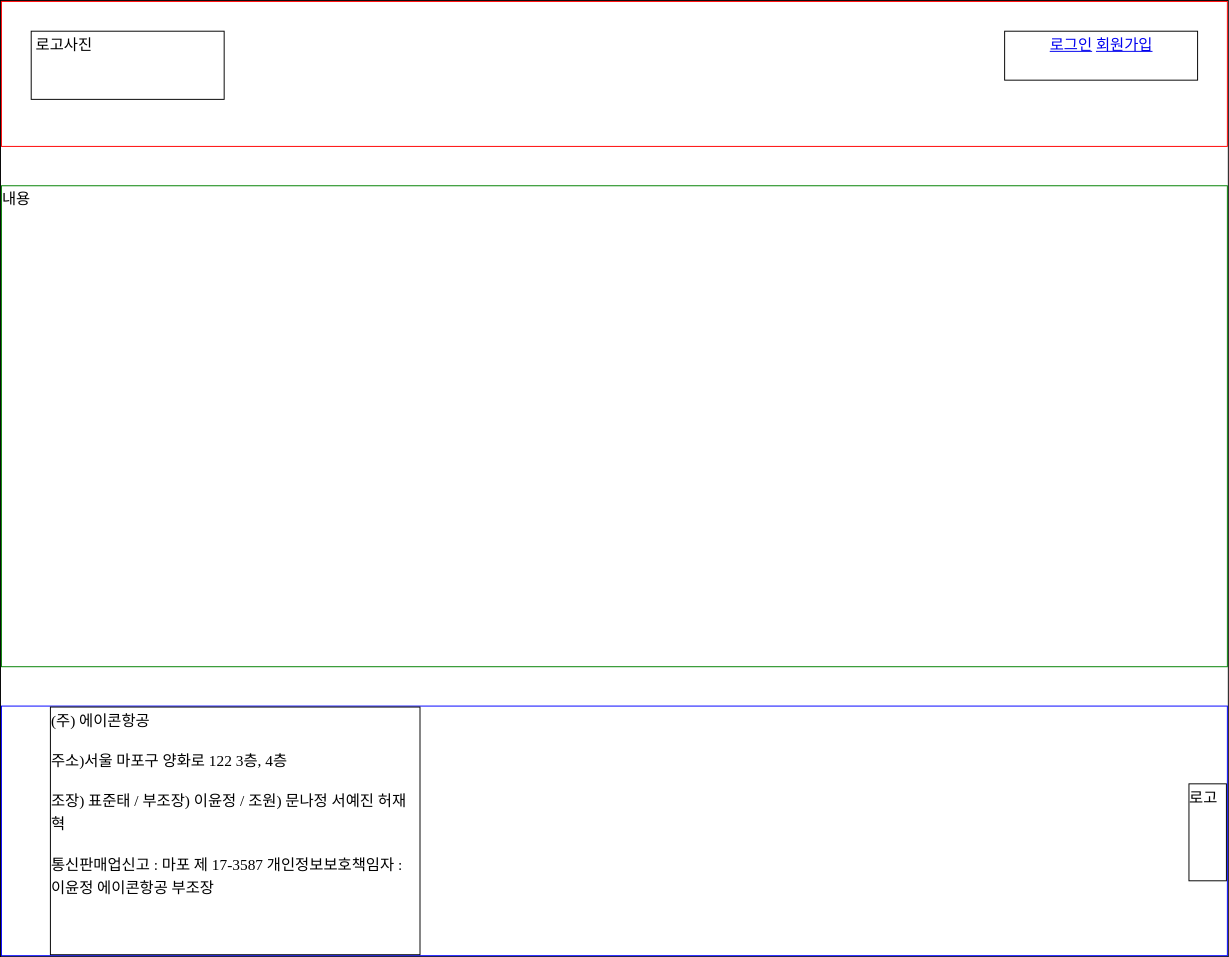
Repository: juntae710/Acorn_AirlineReservation_Project
Page: http://localhost/prj3_1/WEB-INF/views/h_index.jsp
The author's editor kept a copy of each file at every save. The page is drawn from the files as they stood at one save, then again after the next save.
The browser window is 1280 px wide. The pictures show the whole page, at 96% of full size.
The page is served by Tomcat 9. Nobody is signed in. Other server files are loaded and not shown. The template is opened directly, without the code that normally fills it, so the values that code supplies are empty.

Above is the page before, as saved 2023-09-20 01:18:00.

### Eclipse/prj3_1/src/main/webapp/WEB-INF/views/h_index.jsp
<%@ page language="java" contentType="text/html; charset=UTF-8" pageEncoding="UTF-8"%>
<!DOCTYPE html>
<html>
<head>
<meta charset="UTF-8">
<title>Insert title here</title>
<style>
* {
	margin: 0;
}

main {
	border: 1px solid black;
}

header {
	border: 1px solid red;
	height: 150px;
	display: flex;
	position: relative;
}

.headerimg {
	width: 200px;
	height: 70px;
	border: 1px solid black;
	position: absolute;
	left: 30px;
	top: 30px;
}

.headerAtag {
	width: 200px;
	height: 50px;
	border: 1px solid black;
	position: absolute;
	right: 30px;
	top: 30px;
	text-align: center;
}

section {
	border: 1px solid green;
	height: 500px;
	margin-top: 40px;
}

footer {
	border: 1px solid blue;
	height: 259px;
	margin-top: 40px;
	margin-bottom: 0px;
	display: flex;
}


.footer_info{
border: 1px solid black;
margin-left: 50px;
width: 1000px;


}
.footer_img{
border: 1px solid black;
width: 100px;
height: 100px;
margin-left: 800px;
margin-top: 80px;
}
</style>
</head>
<body>
	<main>
		<header>
			<div class="headerimg">
				<img src="" alt=""> 로고사진
			</div>

			<%
			String id = (String) session.getAttribute("id");
			%>

			<div class="headerAtag">
				<%
				if (id == null) {
				%>
				<a href="<%=request.getContextPath()%>/h_login">로그인</a>
				<%
				%>
				<a href="<%=request.getContextPath()%>/l_join">회원가입</a>
				<%
				} else {
				%>
				<p>아이디: <%=id%>님 </p>
				<a href="<%=request.getContextPath()%>/h_logOut">로그아웃</a>
				<a href="<%=request.getContextPath()%>/UUA.do">마이페이지</a>

				<%
				}
				%>
			</div>

		</header>

		<section>내용</section>



		<footer>
		<div class="footer_info">(주) 에이콘항공 <br><br>
			 주소)서울 마포구 양화로 122 3층, 4층 <br><br>
			조장) 표준태 / 부조장) 이윤정 / 조원) 문나정 서예진 허재혁 <br><br>
			통신판매업신고 : 마포 제 17-3587 개인정보보호책임자 : 이윤정 에이콘항공 부조장
		 </div>
		<div class="footer_img"><img alt="" src="">로고</div>
		</footer>
	</main>
</body>
</html>

After the next save:
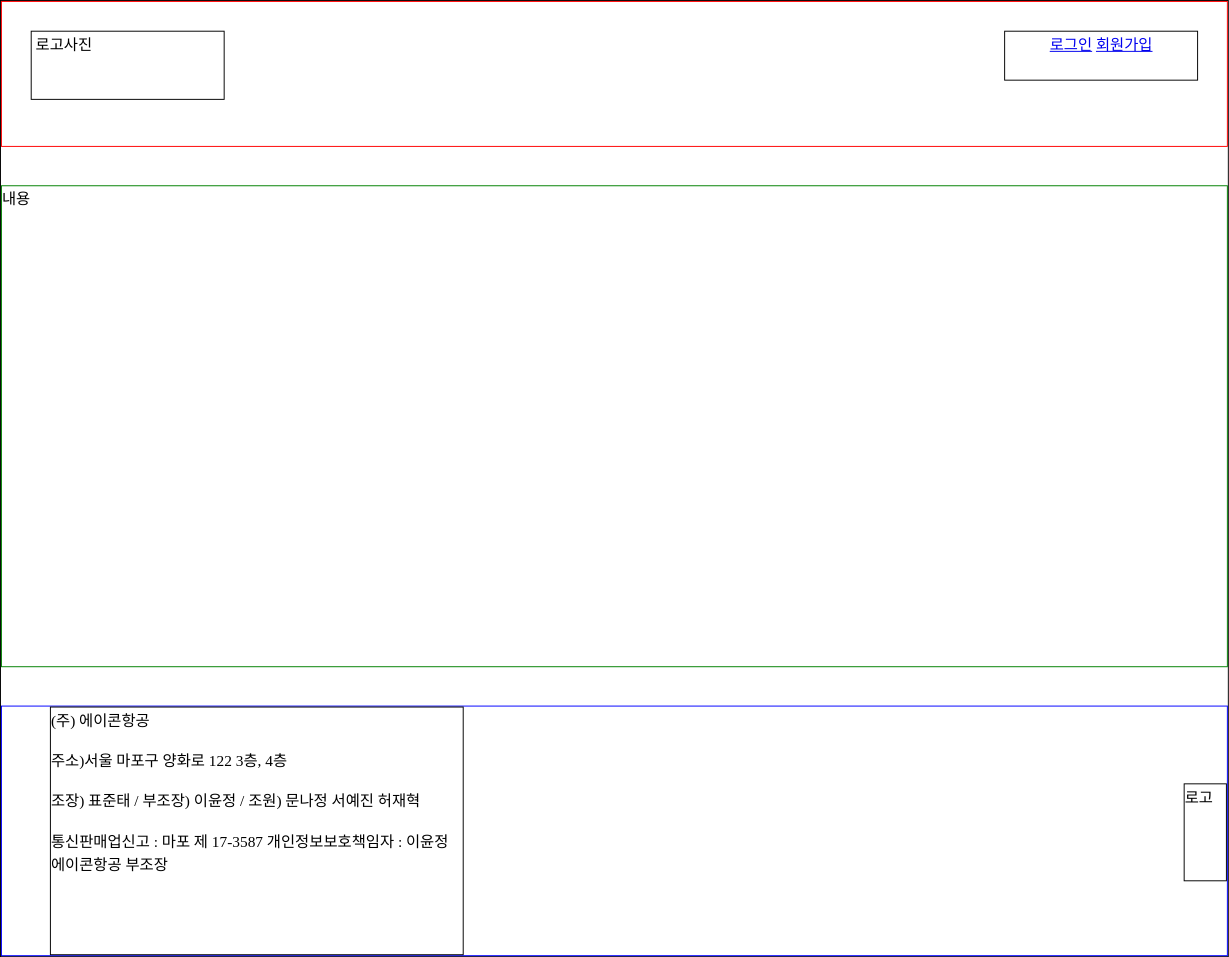
Saved 7 s later.
--- a/Eclipse/prj3_1/src/main/webapp/WEB-INF/views/h_index.jsp
+++ b/Eclipse/prj3_1/src/main/webapp/WEB-INF/views/h_index.jsp
@@ -65,7 +65,7 @@ width: 1000px;
 border: 1px solid black;
 width: 100px;
 height: 100px;
-margin-left: 800px;
+margin-left: 750px;
 margin-top: 80px;
 }
 </style>
